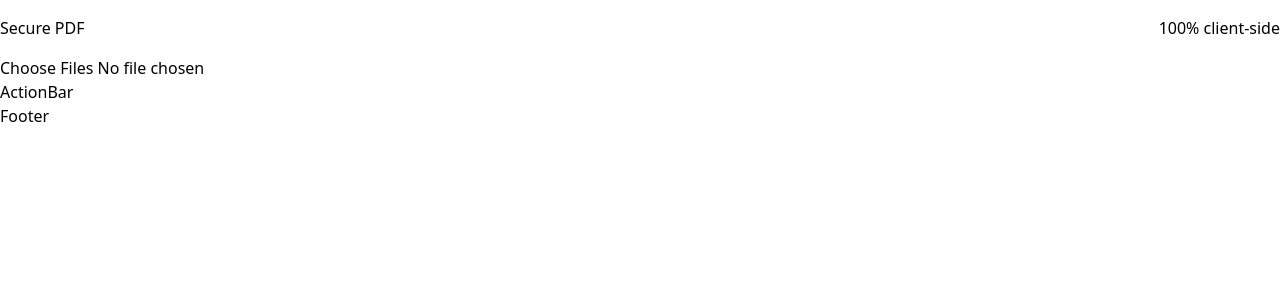
Repository: Cozmoss/TFE_IFAPME
Page: /
An editor plug-in stored every save of this project. The page is shown before and after a run of saves, followed by the edit.
The browser window is 1280 px wide. The pictures show the whole page.
The project was rebuilt for these pictures with package versions that can differ from the ones it lists, and the page was loaded fresh each time. Also part of the build but not shown: vite.config.js.

Above is the page before, as saved 2026-04-12 12:30:04.

### index.html
<!doctype html>
<html lang="en">
  <head>
    <meta charset="UTF-8" />
    <link rel="icon" type="image/svg+xml" href="/favicon.svg" />
    <meta name="viewport" content="width=device-width, initial-scale=1.0" />
    <title>pixmerge</title>
  </head>
  <body>
    <div id="root"></div>
    <script type="module" src="/src/main.jsx"></script>
  </body>
</html>

### src/main.jsx
import { StrictMode } from 'react'
import { createRoot } from 'react-dom/client'
import './index.css'
import App from './App.jsx'
import ImageProvider from './context/imageContext.jsx'

createRoot(document.getElementById('root')).render(
  <StrictMode>
    <ImageProvider>
        <App />
    </ImageProvider>
  </StrictMode>,
)

### src/App.jsx
import Header from './components/Header.jsx'
import ImageDropZone from './components/ImageDropZone.jsx'
import ImageList from './components/ImageList.jsx'
import ActionBar from './components/ActionBar.jsx'
import Footer from './components/Footer.jsx'

function App() {

  return (
		<>
            <Header />
            <main>
                <ImageDropZone />
                <ImageList />
                <ActionBar />
            </main>
            <Footer />
		</>
  );
}

export default App

### src/context/imageContext.jsx
import { createContext, useState, useContext } from 'react'

const ImageContext = createContext()


export default function ImageProvider({ children }) {
  const [images, setImages] = useState([])

  return (
    <ImageContext.Provider value={{ images, setImages }}>
      {children}
    </ImageContext.Provider>

  )

}

export function useImages() {
  return useContext(ImageContext)
}

### src/components/Header.jsx
import React from 'react'

export default function Header() {
  return (
    <header>
        <nav className="flex justify-between items-center py-4">
            <div>Secure PDF</div>
            <div>100% client-side</div>
        </nav>
    </header>
  )
}

### src/components/ImageDropZone.jsx
import {useImages} from '../context/imageContext.jsx'
import { nanoid } from 'nanoid'

export default function ImageDropZone() {
    const { setImages } = useImages();

    function handleFileSelect(event) {
        const files = event.target.files
        const newImages = Array.from(files).map(file => ({
            id: nanoid(), // Generate a unique ID for each image
            file: file, // Store the original file object
            preview: URL.createObjectURL(file) // Create a preview URL for the image
        }))
        setImages(prevImages => [...prevImages, ...newImages])
    }
  return (
    <section>
        <input type="file" id="imagesList" name="imagesList" accept="image/png, image/jpeg, image/webp" multiple onChange={handleFileSelect} />
    </section>
  )
}

### src/components/ImageList.jsx
import { useImages } from '../context/imageContext.jsx'

export default function ImageList() {
  const { images } = useImages();


  return (
    <div>
        <ul>

        </ul>
    </div>
  )
}

### src/components/ActionBar.jsx
import React from 'react'

export default function ActionBar() {
  return (
    <div>ActionBar</div>
  )
}

Loaded but not shown: src/index.css (common file); src/components/Footer.jsx (common file)

After the next 2 saves:
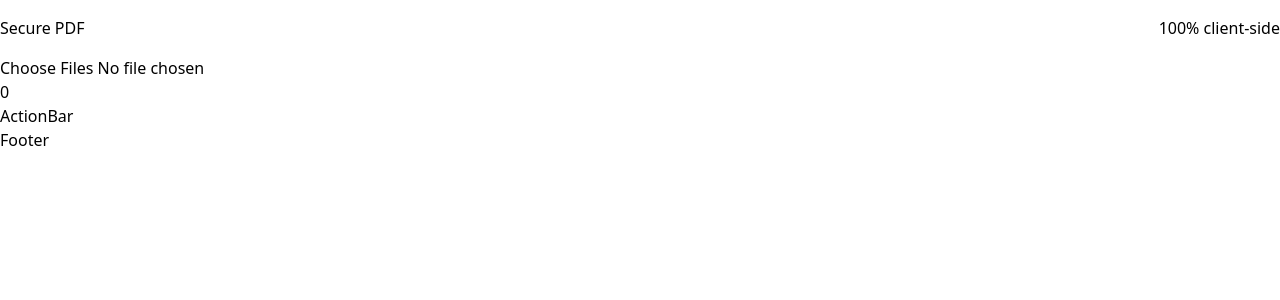
The 2 saves are shown as one change because they came seconds apart.
The last was saved 17 s later.
--- a/src/components/ImageList.jsx
+++ b/src/components/ImageList.jsx
@@ -7,7 +7,7 @@
   return (
     <div>
         <ul>
-
+            {images.length}
         </ul>
     </div>
   )

After the save that followed:
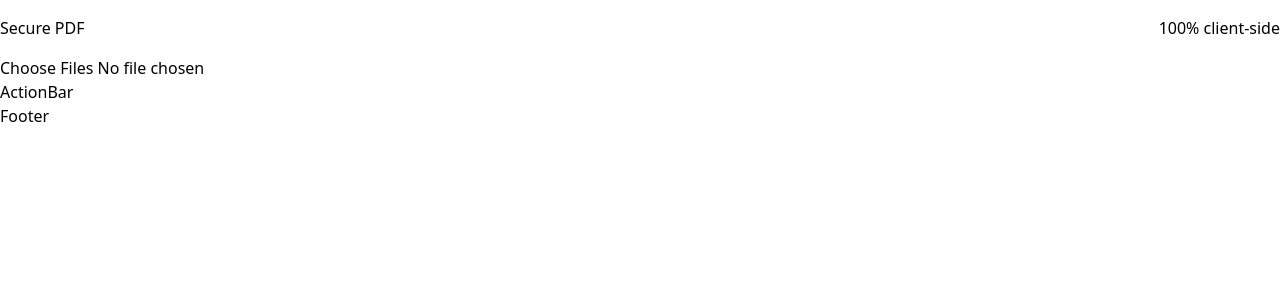
Saved 4 s later.
--- a/src/components/ImageList.jsx
+++ b/src/components/ImageList.jsx
@@ -7,7 +7,7 @@
   return (
     <div>
         <ul>
-            {images.length}
+            {images.length > 0}
         </ul>
     </div>
   )
